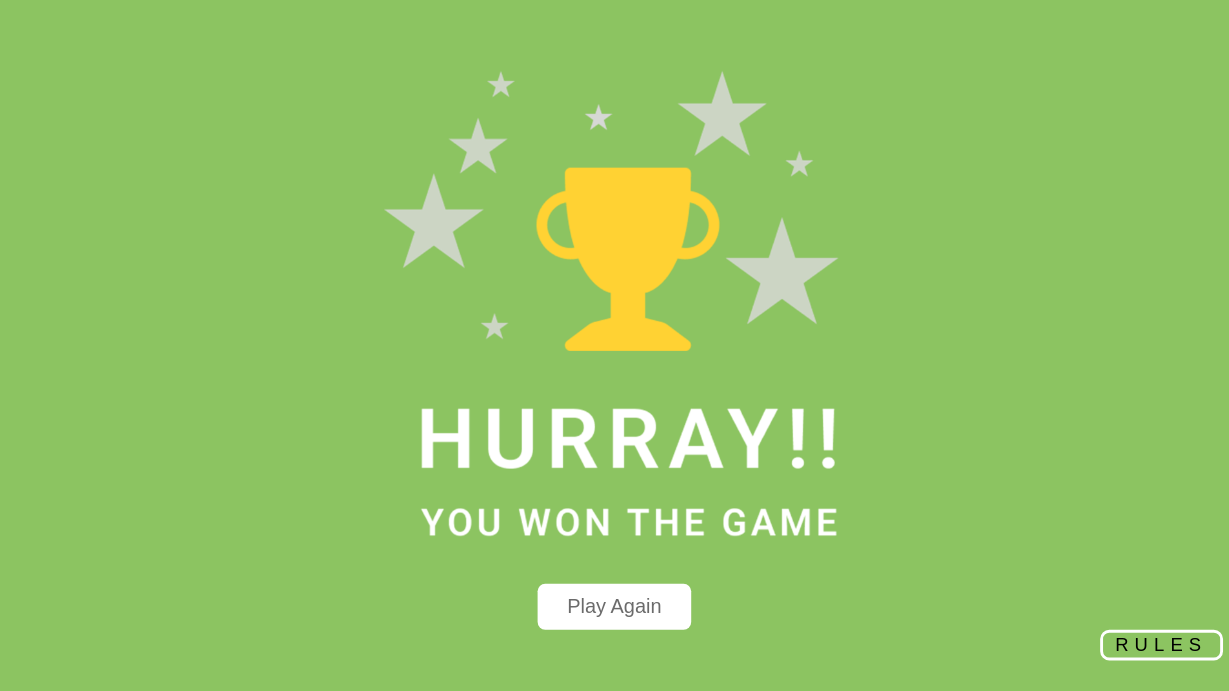
Repository: drumsmanku/Major-module-project-1
Page: hurray.html
The author's editor kept a copy of each file at every save. The page is drawn from the files as they stood at one save, then again after the next save.
The browser window is 1280 px wide. The pictures show the whole page, at 96% of full size.

Above is the page before, as saved 2023-05-01 00:04:24.

### hurray.html
<!DOCTYPE html>
<html lang="en">
<head>
  <meta charset="UTF-8">
  <meta http-equiv="X-UA-Compatible" content="IE=edge">
  <meta name="viewport" content="width=device-width, initial-scale=1.0">
  <title>Won</title>
  <style>
    body{
      background-color: #8CC461;
      position: relative;
    }
    .container{
      display: flex;
      flex-direction: column;
      align-items: center;
      justify-content: center;
    }
    .container img{
      width: 70vh;
      margin-bottom: 3rem;
      margin-top: 3rem;
    }
    .play-again{
      background-color: white;
      border: none;
      color: #6B6B6B;
      width: 10rem;
      height: 3rem;
      font-size: 1.3rem;
      border-radius: 0.5rem;
      cursor: pointer;
    }
    #rule-btn{
      background: none;
      border: 3px solid white;
      border-radius: 0.6rem;
      height: 2rem;
      width: 8rem;
      font-size:1.2rem;
      letter-spacing: 0.4rem;
      cursor: pointer;
      z-index: 999;
      position: absolute;
      left: 90%;
      /* bottom: -5rem; */
    }

  </style>
</head>
<body>
  <div class="container">
    <img src="hurray.png" alt="">
    <button id="play-again" class="play-again" onclick="location.href='index.html'">Play Again</button>
  </div>
  <button id="rule-btn">RULES</button>
</body>
</html>

After the next save:
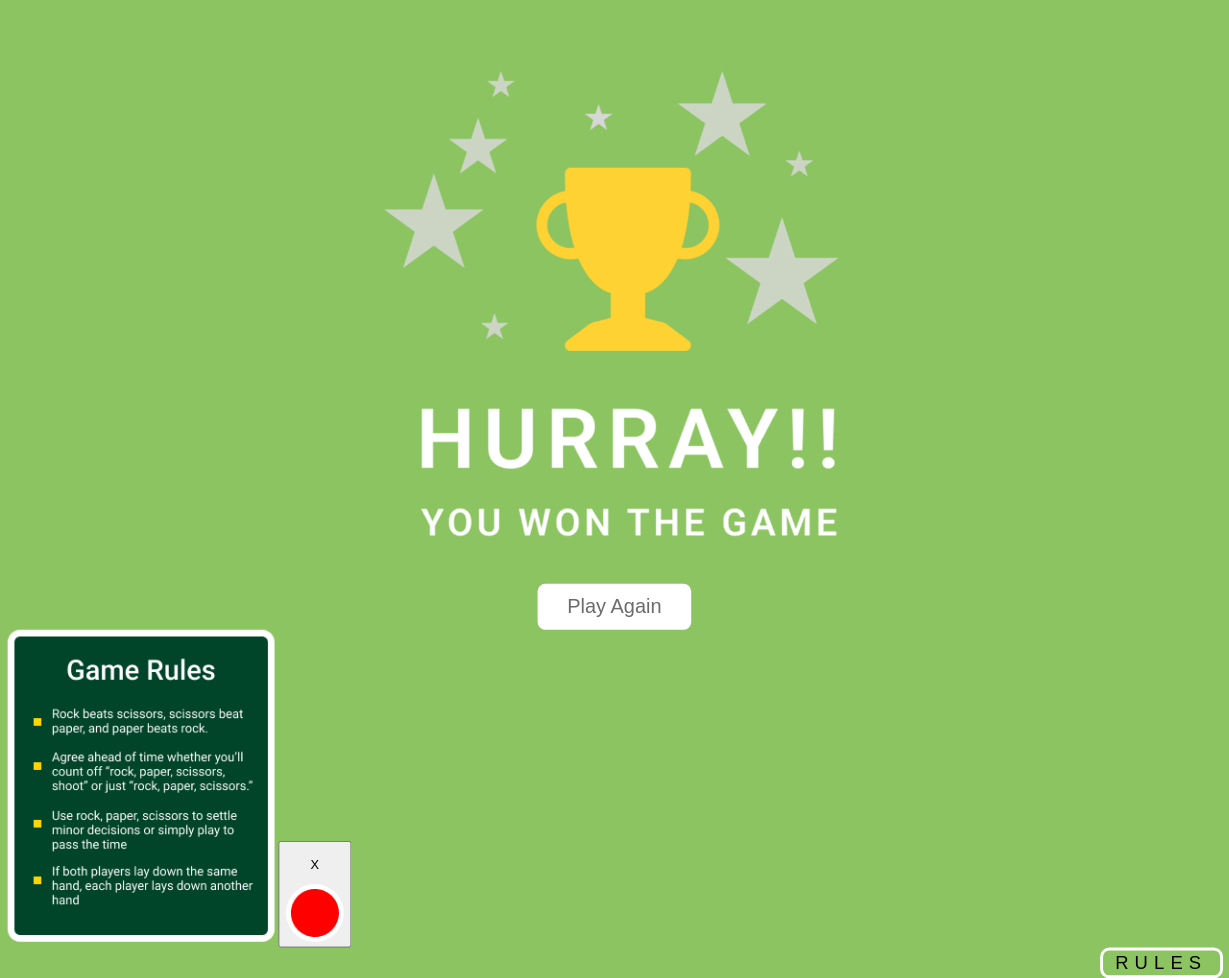
Saved 108 s later.
--- a/hurray.html
+++ b/hurray.html
@@ -53,6 +53,14 @@
     <img src="hurray.png" alt="">
     <button id="play-again" class="play-again" onclick="location.href='index.html'">Play Again</button>
   </div>
+  <div class="second-second-main-container">
+    <div class="img-container">
+      <img id="rules-img" src="4.png" alt="">
+      <button id="my-btn">
+        <p>X</p><img src="x.png" alt="">
+      </button>
+    </div>
+  </div>
   <button id="rule-btn">RULES</button>
 </body>
 </html>
